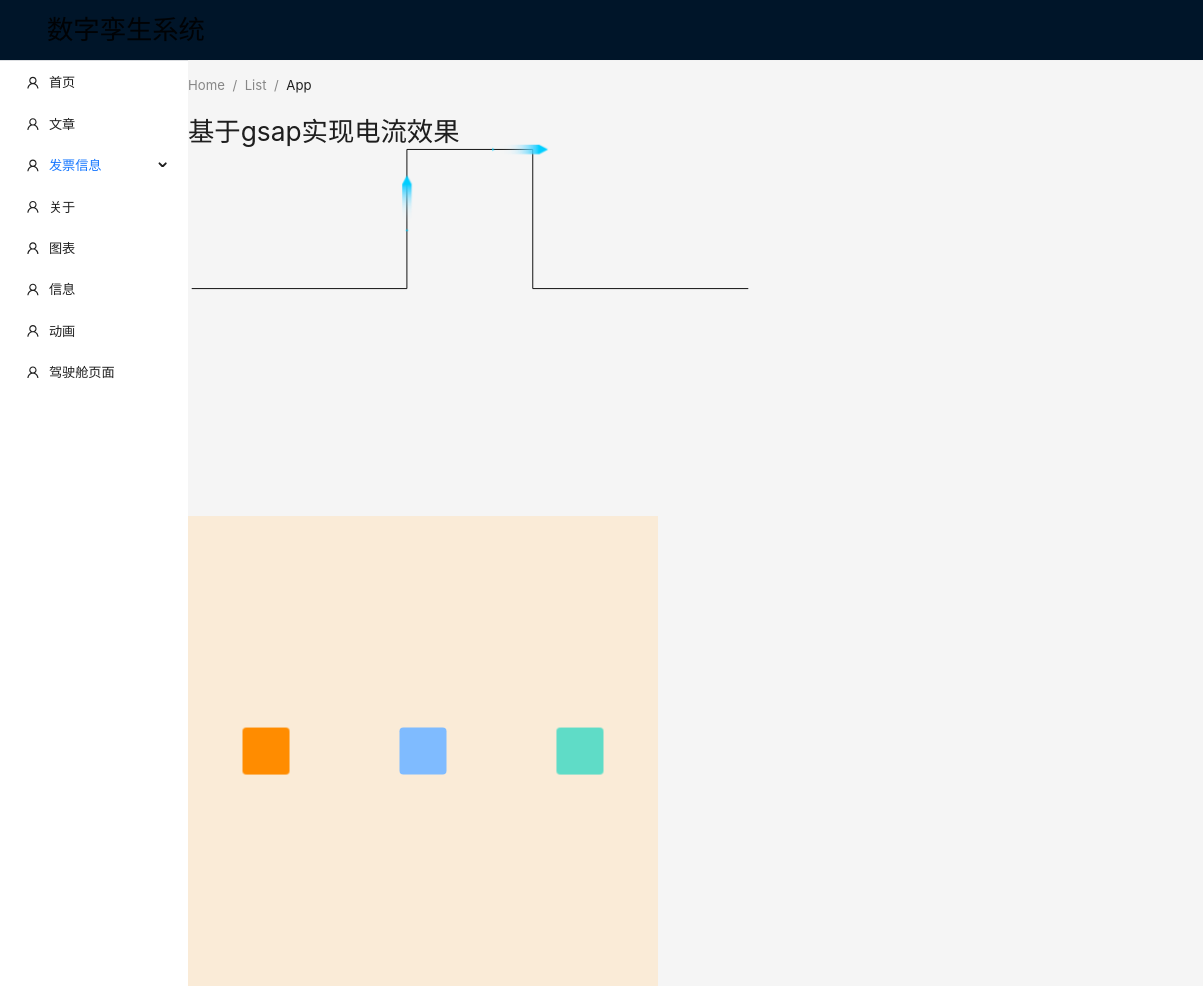
Repository: HailiePan/webpack-react-practice
Page: /animation
The author's editor kept a copy of each file at every save. The page is drawn from the files as they stood at one save, then again after the next save.
The browser window is 1280 px wide. The pictures show the whole page, at 94% of full size.
The project was rebuilt for these pictures with package versions that can differ from the ones it lists, and the page was loaded fresh each time. Also part of the build but not shown: src/pages/Animation/component/ScrollAnimation/index.jsx, src/pages/Home.jsx, src/pages/Invoices/index.jsx, src/pages/Invoices/Invoice.jsx, src/pages/Invoices/Pending.jsx, src/pages/Invoices/Complete.jsx, src/components/CommonBox/index.less, src/components/CommonBox/index.jsx and 25 more.

Above is the page before, as saved 2024-01-24 15:24:43.

### index.html
<!--
 * Author  hailie.pan
 * Date  2023-10-08 16:03:03
 * LastEditors  hailie.pan
 * LastEditTime  2023-10-08 16:03:04
 * Description  file content
-->
<!--
 * Author  hailie.pan
 * Date  2023-10-07 17:34:05
 * LastEditors  hailie.pan
 * LastEditTime  2023-10-07 17:34:06
 * Description  file content
-->
<!DOCTYPE html>
<html lang="en">
  <head>
    <meta charset="UTF-8" />
    <meta http-equiv="X-UA-Compatible" content="IE=edge" />
    <meta name="viewport" content="width=device-width, initial-scale=1.0" />
    <title>Document</title>
  </head>
  <body>
    <div id="app"></div>
  </body>
</html>

### src/index.jsx
/*
 * Author  hailie.pan
 * Date  2023-10-07 17:16:58
 * LastEditors  hailie.pan
 * LastEditTime  2023-10-24 17:39:40
 * Description  file content
 */
import React, { StrictMode } from "react";
import * as ReactDOM from "react-dom/client";
import { BrowserRouter, useRoutes } from "react-router-dom";
import { routes } from "@/router";
const App = () => {
  return useRoutes(routes);
};
const root = ReactDOM.createRoot(document.getElementById("app"));
// v18 的新方法
root.render(
  <StrictMode>
    <BrowserRouter>
      <App />
    </BrowserRouter>
  </StrictMode>
);

// BrowserRouter下直接渲染useRoutes,routes里配置好路径对应的组件
// 然后就会显示路径对应的组件
// useRoutes(routes)必须在函数里写着

### src/router/index.js
/*
 * @Author: Hailie.Pan
 * @Date: 2023-11-28 10:30:45
 * @LastEditors: Hailie.Pan
 * @LastEditTime: 2024-01-11 10:41:08
 * @Description:
 */
/*
 * Author  hailie.pan
 * Date  2023-10-13 17:13:27
 * LastEditors  hailie.pan
 * LastEditTime  2023-11-28 10:30:45
 * Description  file content
 */
import React from "react";
import { useRoutes } from "react-router-dom";

import BaseLayout from "@/BaseLayout";

import Home from "@/pages/Home";
import Invoices from "@/pages/Invoices";
import Invoice from "@/pages/Invoices/Invoice";
import Pending from "@/pages/Invoices/Pending";
import Complete from "@/pages/Invoices/Complete";
import About from "@/pages/About";
import Article from "@/pages/Article";
import ControlRoomFirstPage from "@/pages/ControlRoomFirstPage";
import Chart from "@/pages/Chart";
import Info from "@/pages/Info";
import Animation from '@/pages/Animation'

const routes = [
  {
    path: "/",
    element: <BaseLayout />,
    name: "一级场景",
    children: [
      { path: "/home", element: <Home />, name: "首页" },
      { path: "/article", element: <Article />, name: "文章" },
      {
        // path: "/invoices",
        // element: <Invoices />,
        name: "发票信息",
        children: [
          {
            path: "/invoices/invoicesDetail/:id",
            element: <Invoice />,
            name: "发票1详情",
          },
          {
            path: "/invoices/pending",
            element: <Pending />,
            name: "发票2详情",
          },
          {
            path: "/invoices/complete",
            element: <Complete />,
            name: "发票3详情",
          },
        ],
      },

      {
        path: "/about",
        element: <About />,
        name: "关于",
      },
      {
        path: "/chart",
        element: <Chart />,
        name: "图表",
      },
      {
        path: "/info",
        element: <Info />,
        name: "信息",
      },
      {
        path: "/animation",
        element: <Animation />,
        name: "动画",
      },
    ],
  },
  {
    path: "/controlRoomFirstPage",
    element: <ControlRoomFirstPage />,
    name: "驾驶舱页面",
  },
];

export { routes };

### src/BaseLayout/index.jsx
/*
 * Author  hailie.pan
 * Date  2023-10-13 17:28:32
 * LastEditors  hailie.pan
 * LastEditTime  2023-12-04 10:37:50
 * Description  file content
 */

import React, {useEffect, useCallback, useState, useMemo } from 'react';
import { LaptopOutlined, NotificationOutlined, UserOutlined } from '@ant-design/icons';
import { Breadcrumb, Layout, Menu, theme } from 'antd';
import { Link, NavLink, useRoutes, Navigate, Outlet } from 'react-router-dom';
import { gsap } from "gsap";
import { ScrollTrigger } from 'gsap/ScrollTrigger.js'
import { routes } from '@/router';
import StateContext from './data.js';
import styles from './index.less';
import ScrollAnimation from '@/pages/Animation/component/ScrollAnimation'
const { Header, Content, Sider } = Layout;

export default function BaseLayout() {
  // console.log("routes", routes);
  const [selectedMenuKeys, setSelectedMenuKeys] = useState([]);

  // useMemo缓存菜单的计算方法，避免每次刷新时都计算一遍
  // 这个菜单的算法还是不太优美，不好维护
  let showMenu = useMemo(
    () =>
      routes
        .map((item, index) => {
          if (item.children) {
            const arr2 = item.children.map((c, cIndex) => {
              return {
                key: cIndex,
                icon: React.createElement(UserOutlined),
                name: c.name,
                label: (
                  <NavLink to={c.path} state={'From App'}>
                    {c.name}
                  </NavLink>
                ),
                children: c?.children?.map((t, tIndex) => ({
                  key: `${cIndex}-${tIndex}`,
                  icon: React.createElement(UserOutlined),
                  name: t.name,
                  label: <NavLink to={t.path}>{t.name}</NavLink>
                }))
              };
            });
            return arr2;
          } else {
            return {
              key: 'dandu' + index,
              icon: React.createElement(UserOutlined),
              name: item.name,
              label: (
                <NavLink to={item.path} state={'From App'}>
                  {item.name}
                </NavLink>
              )
            };
          }
        })
        .flat(), // arr2是个数组，放到showMenu数组里需要拉平
    []
  );
  showMenu.flat();
  // console.log("showMenu", showMenu);

  const menuArr = [
    {
      key: 0,
      icon: React.createElement(UserOutlined),
      label: (
        <NavLink to="/home" state={'From App'}>
          首页
        </NavLink>
      )
    },

    {
      key: 1,
      icon: React.createElement(LaptopOutlined),
      label: <NavLink to="invoices">发票信息</NavLink>,
      children: [
        {
          key: '1-0',
          label: <NavLink to="/invoices/invoicesDetail/1?a=a&b=b">发票1详情页</NavLink>
        },
        {
          key: '1-1',
          label: <NavLink to="/invoices/pending?fromPage=菜单点击">发票2详情页</NavLink>
        },
        {
          key: '1-2',
          label: (
            <NavLink to="/invoices/complete" state={'左侧菜单点击'}>
              发票3详情页
            </NavLink>
          )
        }
      ]
    },
    {
      key: 2,
      icon: React.createElement(NotificationOutlined),
      label: <NavLink to="about">关于</NavLink>
    },
    {
      key: 3,
      icon: React.createElement(NotificationOutlined),
      label: <NavLink to="controlRoomFirstPage">驾驶舱页面</NavLink>
    },
    {
      key: 4,
      icon: React.createElement(LaptopOutlined),
      label: <NavLink to="article">文章</NavLink>
    }
  ];

  const onSelectMenu = ({ item, key, keyPath, selectedKeys, domEvent }) => {
    setSelectedMenuKeys([key]);
  };

  const [state, setState] = useState('playing');

  // useEffect(()=>{
  //   gsap.registerPlugin(ScrollTrigger)
  //     // 绿色方块
  //     gsap.to("#ewrwer", {
  //       rotation: 900,
  //       x:400,
  //       duration: 1,
  //       scrollTrigger: {
  //         trigger: '#ewrwer', // 动画的元素
  //         scroller: document.getElementById('21321'), // 滚动的元素
  //         scrub: 2,
  //         markers: true,
  //       },

  //     });
  // },[])

  return (
    <Layout className={styles.layoutWrap}>
{/*
      <div className={styles.box} id='21321'>
        <div className={styles.green} id='ewrwer'></div>
        <div style={{height:'1000px'}} />
      </div> */}

      {/* <ScrollAnimation /> */}


      <Header className={styles.header}>
        <div className={styles.logo} />

        <h1>数字孪生系统</h1>
      </Header>

      <Layout>
        <Sider className={styles.sider}>
          <Menu
            mode="inline"
            // defaultSelectedKeys={["0"]}
            // defaultOpenKeys={["sub1"]}
            style={{
              height: '100%',
              borderRight: 0
            }}
            items={showMenu}
            selectedKeys={selectedMenuKeys}
            onSelect={onSelectMenu}
          />
        </Sider>

        <Layout className={styles.rightLayout}>
          <Breadcrumb
            style={{
              margin: '16px 0'
            }}
          >
            <Breadcrumb.Item>Home</Breadcrumb.Item>
            <Breadcrumb.Item>List</Breadcrumb.Item>
            <Breadcrumb.Item>App</Breadcrumb.Item>
          </Breadcrumb>

          <StateContext.Provider value={{ state, setState }}>
            <Content className={styles.content} id='content'>
              <Outlet />
            </Content>
          </StateContext.Provider>
        </Layout>
      </Layout>
    </Layout>
  );
}

### src/pages/Animation/index.jsx
/*
 * @Author: Hailie.Pan
 * @Date: 2024-01-11 10:41:16
 * @LastEditors: Hailie.Pan
 * @LastEditTime: 2024-01-23 19:54:06
 * @Description:
 */
import React, { useRef, useEffect, useState } from 'react';
import { gsap } from 'gsap';
import { ScrollTrigger } from 'gsap/ScrollTrigger.js';
import MoveBox from './component/MoveBox';
import MoveOnPath from './component/MoveOnPath';
import CanvasDraw from './component/CanvasDraw';
import TimeLine from './component/TimeLine';
import ScrollAnimation from './component/ScrollAnimation';
import ScrollAnimation2 from './component/ScrollAnimation2';
import ImitateElectricity from './component/ImitateElectricity';
import DraggableCom from './component/DraggableCom';
import styles from './index.module.less';

export default function Animation() {
  let obj = { myNum: 10, myColor: 'red' };

  useEffect(() => {
    // stagger 依次执行动画
    // gsap.to([boxRef.current, boxRef2.current, boxRef3.current], {
    //   rotation: 360,
    //   stagger:1,
    //   duration:2
    // });

    gsap.to(obj, {
      myNum: 200,
      myColor: 'blue',
      onUpdate: () => {
        console.log('onUpdate', obj.myColor);
      },
      onComplete: () => console.log('onComplete', obj.myNum, obj.myColor)
    });
  }, []);

  return (
    <div className={styles.wrap}>
      {/* <MoveBox /> */}

      {/* 在canvas中驱动元素绘制 */}
      {/* <CanvasDraw /> */}

      {/* 时间线动画 stagger依次错开 */}
      {/* <TimeLine /> */}

      {/* 元素沿SVG路径移动 */}
      {/* <MoveOnPath /> */}

      {/* 把canvas的效果和gsap的效果放在一起对比 */}
      {/* 模拟电流效果 */}
      <ImitateElectricity />

      {/* 滚动动画 */}
      {/* <ScrollAnimation /> */}

      {/* 滚动动画 */}
      {/* <ScrollAnimation2 /> */}

      {/* 可拖拽 */}
      <DraggableCom />
    </div>
  );
}

### src/BaseLayout/data.js
/*
 * Author  hailie.pan
 * Date  2023-11-28 10:20:25
 * LastEditors  hailie.pan
 * LastEditTime  2023-11-28 10:26:27
 * Description  file content
 */
import { createContext } from "react";

const StateContext = createContext({});

export default StateContext;

### src/BaseLayout/index.less
body {
  margin: 0;
  // height: 200vh;
}


.layoutWrap {
  height: 100vh;
  overflow-y: auto;
}

.box{
  height: 200px;
  overflow-y: auto;
  // border: 1px solid rgb(239, 200, 151);
}
.green{
  width: 50px;
  height: 50px;
  background-color: green;
  border-radius: 4px;
  margin: 0 auto;
  position: fixed;
  top: 50%;
  left: 50%;
}
.header {
  display: flex;
  align-items: center;

  .logo {
    width: 100px;
    height: 40px;
    background: rgba(255, 255, 255, 0.5);
    margin-right: 20px;
  }
  h1 {
    color: #fff;
    padding: 0;
    margin: 0;
  }
}
@colorBgContainer: #fff;
.sider {
  width: 200;
  background: @colorBgContainer;
}
.rightLayout {
  padding: 0 24px 24px;
}

.content {
  padding: 24px;
  margin: 0;
  min-height: 280px;
  background: @colorBgContainer;
  // border: 1px solid green; // 高度没有被页面的高度撑开
  // height: auto;
  overflow-y: scroll;
}

### src/pages/home.less
@color: rgb(248, 157, 39);

@font-face {
  font-family: "DIN";
  src: url("@/assets/fonts/庞门正道标题体2.0增强版.ttf");
  font-style: normal;
  font-weight: normal;
}
.wrapper {
  font-weight: 700;
  color: #333;

  ul {
    color: @color;
    // list-style-type: none;
  }
  .fontStyle {
    font-family: "DIN";
  }

  .box {
    height: 500px;
    margin-top: 20px;
    display: flex;
    .item {
      flex-shrink: 1; //属性定义了项目的缩小比例，默认为1，即如果空间不足，该项目将缩小
      flex-grow: 1; // 定义项目的放大比例，默认为0，即如果存在剩余空间，也不放大
      width: 300px;
      background-color: #fce09e;
      border: 1px solid rgb(255, 162, 0);
    }
  }
  .showImg {
    display: flex;
    img {
      width: 100px;
      height: 100px;
      margin-top: 10px;
      display: block;
    }
  }
}

### src/pages/Animation/component/ImitateElectricity/index.jsx
/*
 * @Author: Hailie.Pan
 * @Date: 2024-01-16 22:18:53
 * @LastEditors: Hailie.Pan
 * @LastEditTime: 2024-01-23 20:10:45
 * @Description:
 */
import React, { useEffect, useRef } from 'react';
import { gsap } from 'gsap';
import { MotionPathPlugin, MotionPathHelper } from 'gsap/all';
import styles from './index.module.less';

export default function ImitateElectricity() {
  const jiantou = useRef();
  const jiantou2 = useRef();

  useEffect(() => {
    // 注册插件
    gsap.registerPlugin(MotionPathPlugin);

    const tl = gsap.timeline();

    gsap.set([jiantou.current, jiantou2.current], { scale: 0.5, autoAlpha: 1 });

    tl.to([jiantou.current, jiantou2.current], {
      duration: 10,
      ease: 'none',
      immediateRender: true,
      repeat: -1, // 重复
      stagger: 2, // 间隔时间
      motionPath: {
        path: '#xianlu', // 路径
        align: '#xianlu', // 对齐到路径
        alignOrigin: [0.5, 0.5], // 对齐原点
        autoRotate: 90 // 沿路径方向旋转角度
        // offsetX: -20,
        // offsetY: 0,
      }
    });
    // gsap.registerPlugin(MotionPathPlugin, MotionPathHelper)
  }, []);

  return (
    <div>
      <h1>基于gsap实现电流效果</h1>
      {/* svg路径必须是path */}
      <svg class={styles.motionPath} viewBox="0 0 600 152">
        <path id="xianlu" fill="none" stroke="#000" d="m0,151h231.97V1h135.69v150h232.35" />
      </svg>

      <div className={styles.jiantou} ref={jiantou}></div>
      <div className={styles.jiantou} ref={jiantou2}></div>
    </div>
  );
}

### src/pages/Animation/component/DraggableCom/index.jsx
/*
 * @Author: Hailie.Pan
 * @Date: 2024-01-23 18:00:40
 * @LastEditors: Hailie.Pan
 * @LastEditTime: 2024-01-24 15:24:15
 * @Description:
 */
import React, { useRef, useEffect } from 'react';
import { gsap } from 'gsap';
import { Draggable } from 'gsap/all';
import styles from './index.module.less';

export default function DraggableCom() {
  const flair3 = useRef();
  const flair2 = useRef();
  const flair1 = useRef();
  const containerRef = useRef();
  useEffect(() => {
    gsap.registerPlugin(Draggable);

    Draggable.create(flair1.current, {
      type: 'x',
      bounds: containerRef.current
    });

    Draggable.create(flair2.current, {
      type: 'rotation'
    });
    Draggable.create(flair3.current, {
      type: 'x,y', // 拖动类型，| x,y | rotation | x | y |, 默认x,y
      bounds: containerRef.current, // 在另一个dom元素中可拖动
      onClick: function (e) {
        console.log('clicked', e);
      },
      onDragStart: function (e) {
        console.log('drag ended', e);
      },
      onDragEnd: function (e) {
        console.log('drag ended', e);
      }
    });
  }, []);
  return (
    <div className={styles.container} ref={containerRef}>
      <div className={styles.flair} ref={flair1}></div>

      <div className={styles.flair} ref={flair2}></div>

      <div className={styles.flair} ref={flair3}></div>
    </div>
  );
}

### src/pages/Animation/component/ScrollAnimation/index.module.less

.wrap{
  border:1px solid red;
  height: 600px;
  background-color: #111;
  color: white;
  // overflow-x: hidden;
  overflow-y: scroll;
}
h1, h2 {
  margin: 0;
  font-weight: 400;
  max-width: none;
}
.headerSection{
  height: 400px;
  line-height: 400px;
  border: 1px solid rgb(255, 140, 0);
}

.comparisonSection {
  position: relative;
  padding-bottom: 56.25%; /* to maintain aspect ratio (responsive!) */
  border: 1px solid yellow;

  .comparisonImage {
    width: 100%;
    height: 100%;

    img {
      width: 100%;
      height: 100%;
      position: absolute;
      top: 0;
    }
  }

  .afterImage {
    position: absolute;
    overflow: hidden;
    top: 0;
    transform: translate(100%, 0px);
    img {
      transform: translate(-100%, 0px);
    }
  }
}

### src/pages/Animation/component/ImitateElectricity/index.module.less
.motionPath {
    overflow: visible;
      width: 600px;
      height: 150px;
  }

  .jiantou{
    width: 20px;
    height: 119px;
    background: url('./assets/jiantou.png');
  }

### src/pages/Animation/component/DraggableCom/index.module.less
.container {
  display: flex;
  align-items: center;
  justify-content: space-around;
  width: 500px;
  height: 500px;
  background-color: antiquewhite;

  .flair {
    width: 50px;
    height: 50px;
    border-radius: 4px;
    background-color: rgb(127, 187, 255);

    &:first-child {
      background-color: rgb(255, 140, 0);
    }
    &:last-child {
      background-color: rgb(95, 220, 199);
    }
  }
}

After the next save:
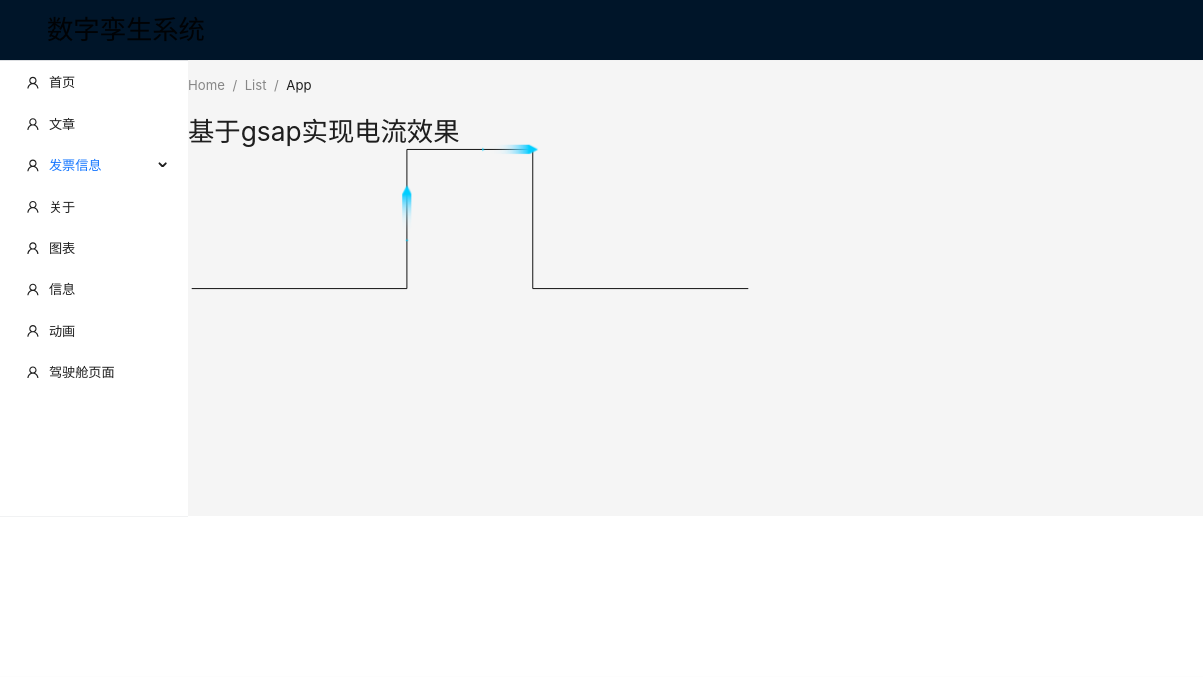
Saved 40 s later.
--- a/src/pages/Animation/index.jsx
+++ b/src/pages/Animation/index.jsx
@@ -2,7 +2,7 @@
  * @Author: Hailie.Pan
  * @Date: 2024-01-11 10:41:16
  * @LastEditors: Hailie.Pan
- * @LastEditTime: 2024-01-23 19:54:06
+ * @LastEditTime: 2024-01-24 15:25:22
  * @Description:
  */
 import React, { useRef, useEffect, useState } from 'react';
@@ -63,7 +63,7 @@ export default function Animation() {
       {/* <ScrollAnimation2 /> */}
 
       {/* 可拖拽 */}
-      <DraggableCom />
+      {/* <DraggableCom /> */}
     </div>
   );
 }
